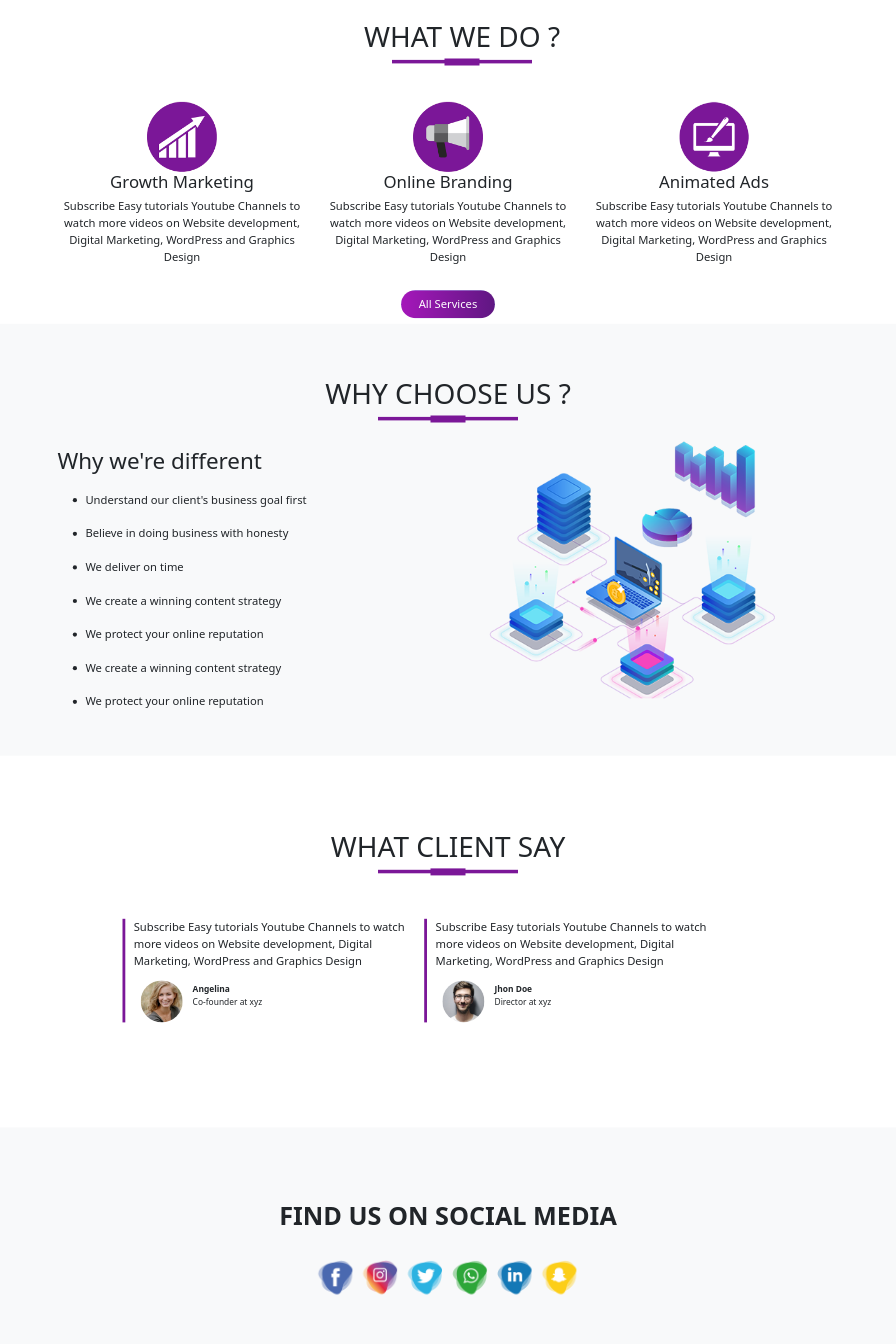
Repository: wadelfadill/Bootstrap_tache_2_website_design
Page: index.html
These files come from the project's save history. The page is drawn as it stood at one moment and after the next save; the edit follows.
The browser window is 1280 px wide. The pictures show the part of the page from y = 762 to 2682 px (the page is 3121 px tall before and 3156 px after), at 70% of full size.
Some web libraries are served in a nearby version.

Above is the page before, as saved 2023-04-06 15:13:44.

### index.html
<!DOCTYPE html>
<html lang="en">
<head>
    <meta charset="UTF-8">
    <meta http-equiv="X-UA-Compatible" content="IE=edge">
    <meta name="viewport" content="width=device-width, initial-scale=1.0">
    <!-- bootstrap css link -->
    <link href="https://cdn.jsdelivr.net/npm/bootstrap@5.1.3/dist/css/bootstrap.min.css" rel="stylesheet" integrity="sha384-1BmE4kWBq78iYhFldvKuhfTAU6auU8tT94WrHftjDbrCEXSU1oBoqyl2QvZ6jIW3" crossorigin="anonymous">
    <!-- css sheet link -->
    <link rel="stylesheet" href="style.css">
    <!-- fontawsome link -->
    <link rel="stylesheet" href="https://cdn.jsdelivr.net/npm/@fortawesome/fontawesome-free@6.2.1/css/fontawesome.min.css">
    <title>bootstrap_website_design</title>
    <script src="https://kit.fontawesome.com/8f130c8a35.js" crossorigin="anonymous"></script>
</head>
<body>
    <section id="nav-bar" class="sticky-top t-0">
        <nav class="navbar navbar-expand-lg navbar-light p-0">
            <div class="container-fluid">
              <a class="navbar-brand" href="#"><img src="images/demo-logo.png" alt="" class="w-75 h-50 p-2"></a>
              <button class="navbar-toggler" type="button" data-bs-toggle="collapse" data-bs-target="#navbarSupportedContent" aria-controls="navbarSupportedContent" aria-expanded="false" aria-label="Toggle navigation">
                <span><i class="fa-solid fa-bars fs-1" style="color: #ffffff;"></i></span>
              </button>
              <div class="collapse navbar-collapse justify-content-end" id="navbarSupportedContent">
                <ul class="navbar-nav ms-auto mb-2 mb-lg-0 ">
                  <li class="nav-item pt-0 pb-1 fw-bold">
                    <a class="nav-link active text-white float-end text-start" aria-current="page" href="#banner">HOME</a>
                  </li>
                  <li class="nav-item pt-0 pb-1 fw-bold">
                    <a class="nav-link text-white float-end text-start" href="#services">SERVICES</a>
                  </li>
                  <li class="nav-item pt-0 pb-1 fw-bold">
                    <a class="nav-link text-white float-end text-start" href="#about-us">ABOUT US</a>
                  </li>
                  <li class="nav-item pt-0 pb-1 fw-bold">
                    <a class="nav-link text-white float-end text-start" href="#testimonials">TESTIMONIALS</a>
                  </li>
                  <li class="nav-item pt-0 pb-1 fw-bold">
                    <a class="nav-link text-white float-end text-start" href="#footer">CONTACT</a>
                  </li>
                </ul>
              </div>
            </div>
          </nav>
    </section>
     <!--banner section  -->
     <section id="banner" class="text-white pt-5">
      <div class="container">
        <div class="row">
          <div class="col-md-6">
            <p class="h2 mt-5">BEST DIGITAL AGENCY</p>
            <p>
              Subscribe Easy tutorials Youtube Channels to watch more videos on
              Website development, Digital Marketing, WordPress and Graphics Design
            </p>
            <a href="" class="tuto text-white text-decoration-none"><img src="images/play.png" alt="" class="play-btn"> Watch tutorials</a>
          </div>
          <div class="col-md-6 text-center">
            <img src="images/home2.png" alt="" class="img-fluid">
          </div>
        </div>
      </div>
     <img src="images/wave1.png" alt="" class="w-100">
     </section>
     <!-- services section -->
     <section id="services" class="pt-5 pb-0">
        <div class="container text-center">
          <div class="row ">
            <h1 class="title text-center">WHAT WE DO ? </h1>
          </div>

          <div class="row text-center">
            <div class="col-md-4 services">
              <img src="images/service1.png" alt="" class="service-img">
              <h4>Growth Marketing</h4>
              <p>
                Subscribe Easy tutorials Youtube Channels to watch more videos on
                Website development, Digital Marketing, WordPress and Graphics Design
              </p>
            </div>
            <div class="col-md-4 services">
              <img src="images/service2.png" alt="" class="service-img">
              <h4>Online Branding</h4>
              <p>
                Subscribe Easy tutorials Youtube Channels to watch more videos on
                Website development, Digital Marketing, WordPress and Graphics Design
              </p>
            </div>
            <div class="col-md-4 services">
              <img src="images/service3.png" alt="" class="service-img">
              <h4>Animated Ads</h4>
              <p>
                Subscribe Easy tutorials Youtube Channels to watch more videos on
                Website development, Digital Marketing, WordPress and Graphics Design
              </p>
            </div>
          </div>
          <button type="button" class="btn btn-primary mb-2">All Services </button>
        </div>
     </section>
     <!-- about us  -->
     <section id="about-us">
        <div class="container">
          <h1 class="title text-center"> WHY CHOOSE US ?</h1>
          <div class="row">
            <div class="col-md-6">
              <p class="h2 mt-4">Why we're different</p>
              <ul class="ms-2">
                <li class="mt-4 mb-0">Understand our client's business goal first</li>
                <li class="mt-4 mb-0">Believe in doing business with honesty</li>
                <li class="mt-4 mb-0">We deliver on time</li>
                <li class="mt-4 mb-0">We create a winning content strategy</li>
                <li class="mt-4 mb-0">We protect your online reputation</li>
                <li class="mt-4 mb-0">We create a winning content strategy</li>
                <li class="mt-4 mb-0">We protect your online reputation</li>
              </ul>
            </div>
            <div class="col-md-6">
              <img src="images/network.png" alt="" class="img-fluid">
            </div>
          </div>
        </div>
     </section>
     <!-- testimonials section -->
     <section id="testimonials">
      <div class="container">
        <h1 class="title text-center"> WHAT CLIENT SAY</h1>
        <div class="row offset-1">
          <div class="col-md-5 testimonials">
            <p>
              Subscribe Easy tutorials Youtube Channels to watch more videos on
              Website development, Digital Marketing, WordPress and Graphics Design
            </p>
            <img src="images/user1.jpg" alt="">
            <p class="user-details"><b>Angelina</b><br>Co-founder at xyz</p>

          </div>
          <div class="col-md-5 testimonials">
            <p>
              Subscribe Easy tutorials Youtube Channels to watch more videos on
              Website development, Digital Marketing, WordPress and Graphics Design
            </p>
            <img src="images/user2.jpg" alt="">
            <p class="user-details"><b>Jhon Doe</b><br>Director at xyz</p>
          </div>
        </div>
      </div>
     </section>
     <!-- social media section -->
     <section id="social-media">
        <div class="container text-center">
          <p>FIND US ON SOCIAL MEDIA</p>
          <div class="social-icons">
            <a href=""><img src="images/facebook-icon.png" alt=""></a>
            <a href=""><img src="images/instagram-icon.png" alt=""></a>
            <a href=""><img src="images/twitter-icon.png" alt=""></a>
            <a href=""><img src="images/whatsapp-icon.png" alt=""></a>
            <a href=""><img src="images/linkedin-icon.png" alt=""></a>
            <a href=""><img src="images/snapchat-icon.png" alt=""></a>
          </div>

        </div>
     </section>
     <!-- footer section -->
     <section id="footer">
      <img src="images/wave2.png" alt="" class="footer-img">
      <div class="container">
        <div class="row">
          <div class="col-md-4 footer-box">
            <img src="images/demo-logo.png" alt="">
            <p>
              Subscribe Easy tutorials Youtube Channels to watch more videos on
              Website development, Digital Marketing, WordPress and Graphics Design
            </p>

          </div>
          <div class="col-md-4 footer-box">
            <p><b>CONTACT US</b></p>
            <P><i class="fa-solid fa-location-dot" style="color: #ffffff;"></i>World Trade Center, bangalore</P>
            <P><i class="fa-solid fa-phone" style="color: #ffffff;"></i>+1 0123456789</P>
            <P><i class="fa-solid fa-envelope" style="color: #ffffff;"></i>xyz@gmail.com</P>
          </div>
          <div class="col-md-4 footer-box">
            <p><b> SUBSCRIBE NEWSLETTER</b></p>
            <input type="mail" name="" id="" class="form-control" placeholder="Your Email">
            <button type="button" class="btn btn-primary">Subscribe</button>
          </div>
        </div>
        <hr>
        <p class="copyright">Website certified by EL_FADILL</p>
      </div>
     </section>


     <!-- smooth scroll -->
     <script src="https://cdn.jsdelivr.net/gh/cferdinandi/smooth-scroll/dist/smooth-scroll.polyfills.min.js">
        var scroll = new SmoothScroll('a[href*="#"]');
     </script>

        <!-- bootstrap js link -->
    <script src="https://cdn.jsdelivr.net/npm/bootstrap@5.1.3/dist/js/bootstrap.bundle.min.js" integrity="sha384-ka7Sk0Gln4gmtz2MlQnikT1wXgYsOg+OMhuP+IlRH9sENBO0LRn5q+8nbTov4+1p" crossorigin="anonymous"></script>
</body>
</html>

### style.css
*{
    margin: 0;
    padding: 0;
}
.navbar{
    background-image: linear-gradient(to right, #a517ba, #5f1782);
}
.navbar-toggler{
    outline: none !important;
}
/* Banner section */
#banner{
    background-image: linear-gradient(to right, #a517ba, #5f1782);


}
.play-btn{
    width: 45px;
    margin: 20px;
}
.service-img{
    width: 100px;
    margin-top: 20px;
}
.services{
    padding: 20px;
}
.title{
    margin: 20px;
}
.title::before{
    content: '';
    background: #7b1798;
    height: 5px;
    width: 200px;
    margin-left: auto;
    margin-right: auto;
    display: block;
    transform: translateY(63px);
}
.title::after{
    content: '';
    background: #7b1798;
    height: 10px;
    width: 50px;
    margin-left: auto;
    margin-right: auto;
    display: block;
    transform: translateY(8px);
}
#services .btn-primary{
    box-shadow: none;
    padding: 8px 25px;
    border-radius: 20px;
    background-image: linear-gradient(to right, #a517ba, #5f1782);
    outline: none;
    border: none;

}
#about-us{
    background: #f8f9fa;
    padding-bottom: 50px;
    padding-top: 50px;
}
/* testimonials section */
#testimonials{
    margin: 100px 0;

}
.testimonials{
    border-left: 4px solid #7b1798;
    margin-top: 50px;
    margin-bottom: 50px;
}
.testimonials img{
    height: 60px;
    width: 60px;
    border-radius: 50%;
    margin: 0 10px;
}
.user-details{
    display: inline-block;
    font-size: 12px;
}
/* social media secion */
#social-media{
    background: #f8f9fa;
    padding: 100px 0;
}
#social-media p{
    font-size: 36px;
    font-weight: 600;
    margin-bottom: 30px;

}
.social-icons img{
    width: 60px;
    transition: 0.5s;
}
.social-icons a:hover img{
    transform: translateY(-10px);
}
/* footer section */
#footer{
    background-image: linear-gradient(to right, #a517ba, #5f1782);
}
.footer-img{
    width: 100%;
}
.footer-box{
    padding: 20px;

}
.footer-box img{
    width: 120px;
    margin-bottom: 20px;
}
.footer-box .fa-solid{
    margin-right: 8px;
    font-size: 25px;
    width: 40px;
    text-align: center;
    padding-top: 7px;
    border-radius: 2px;
    background-image: linear-gradient(to right, #a517ba, #5f1782);
}
.footer-box .form-control{
    box-shadow: none;
    border: none;
    border-radius: 0;
    margin-top: 25px;
    max-width: 250px;
}
.footer-box .btn-primary{
    box-shadow: none;
    border: none;
    border-radius: 0;
    margin-top: 30px;
    background-image: linear-gradient(to right, #a517ba, #5f1782);

}
hr{
    background-color: #ffff;

}
.copyright{
    margin-bottom: 0;
    padding-bottom: 0;
    text-align: center;
}

After the next save:
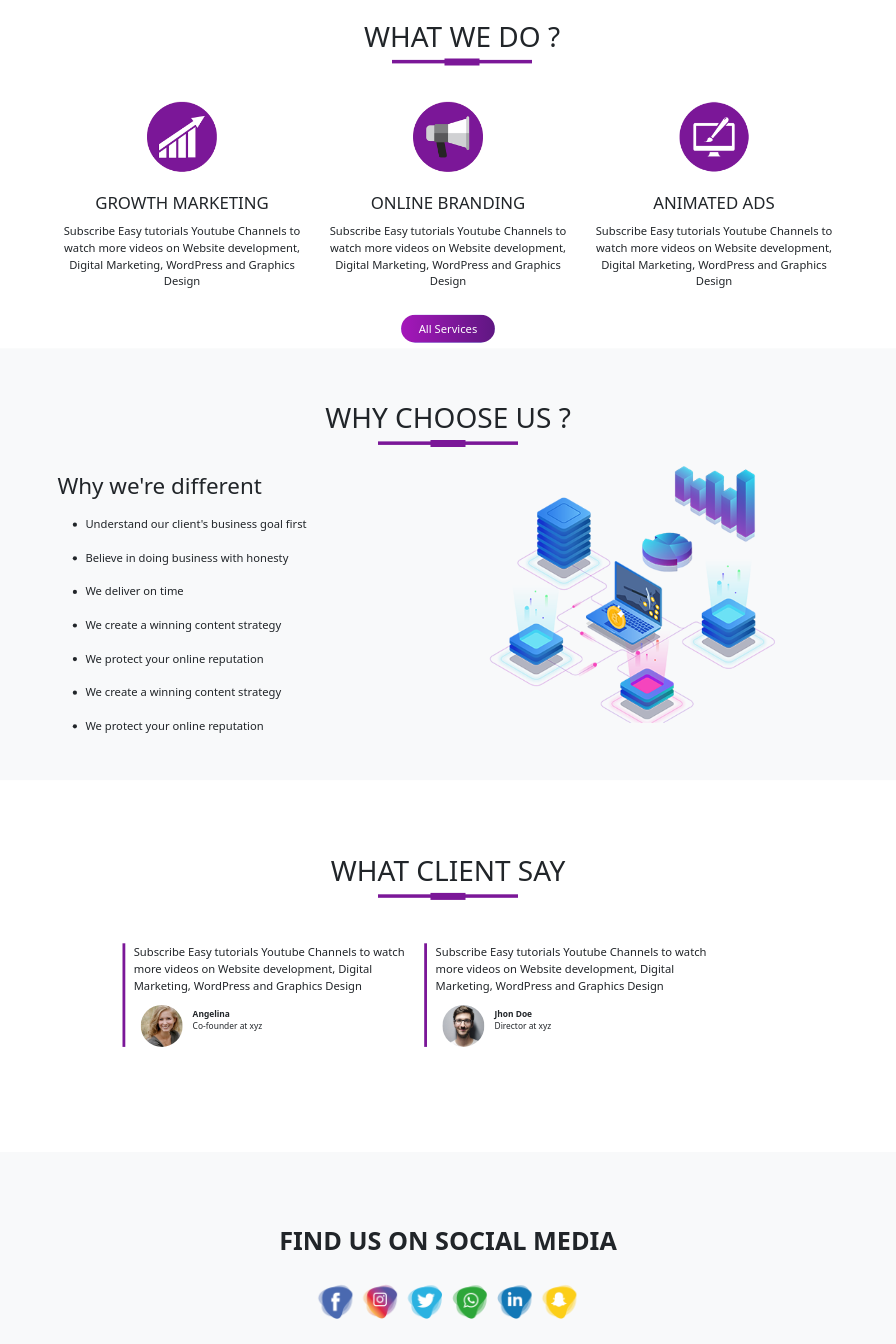
Saved 65 s later.
--- a/style.css
+++ b/style.css
@@ -24,6 +24,11 @@
 }
 .services{
     padding: 20px;
+}
+.services h4{
+    padding: 5px;
+    margin-top: 25px;
+    text-transform: uppercase;
 }
 .title{
     margin: 20px;
